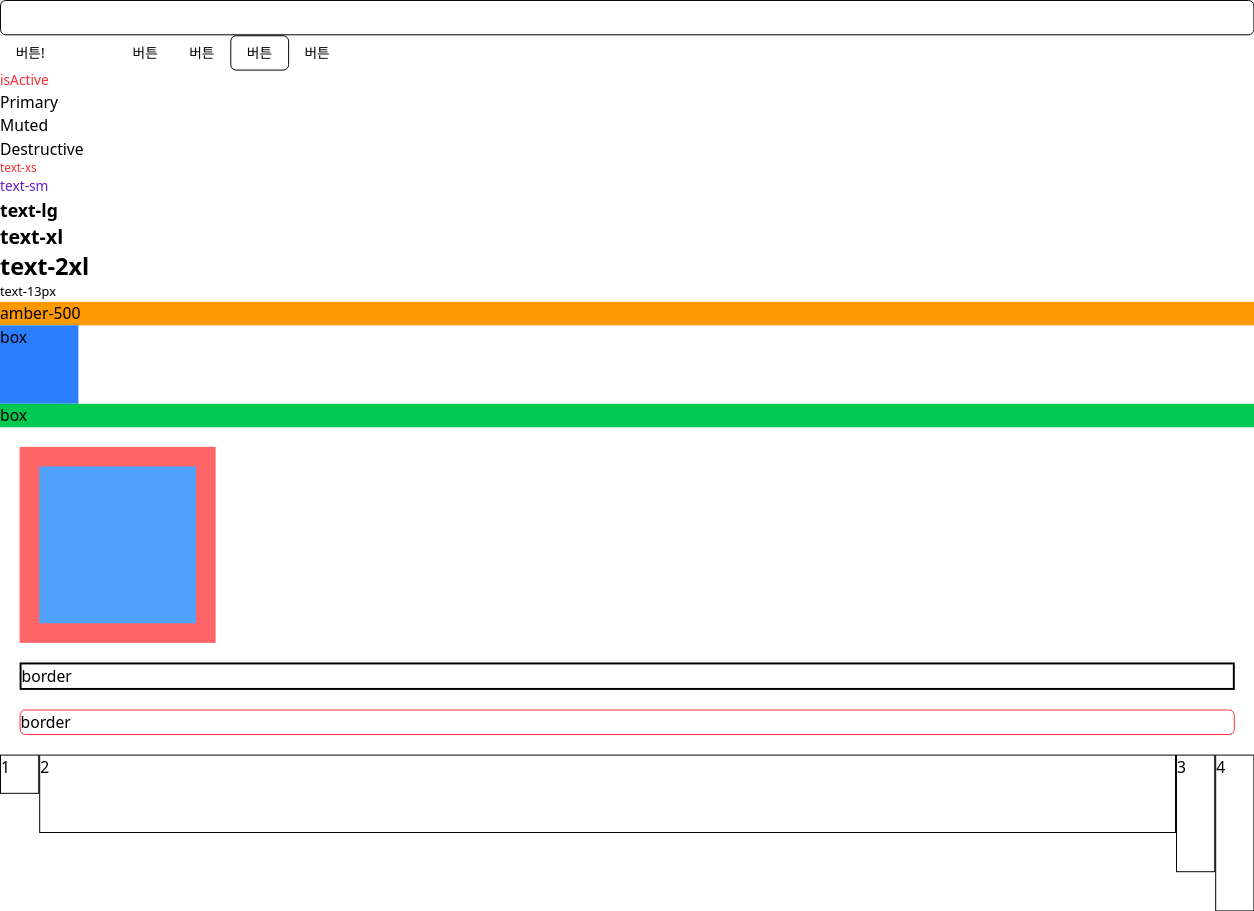
Repository: kkhhjjoo/onebite-tailwind
Page: /
An editor plug-in stored every save of this project. The page is shown before and after the next save, followed by the edit.
The browser window is 1280 px wide. The pictures show the whole page, at 98% of full size.
The project was rebuilt for these pictures with package versions that can differ from the ones it lists, and the page was loaded fresh each time. Also part of the build but not shown: vite.config.ts, src/App.css.

Above is the page before, as saved 2025-12-25 08:49:26.

### src/main.tsx
import { createRoot } from 'react-dom/client'
import './index.css'
import App from './App.tsx'

createRoot(document.getElementById('root')!).render(<App />);

### src/App.tsx
import "./App.css";
import { Button } from "@/components/ui/button";
import { Input } from "@/components/ui/input";
import { cn } from "@/lib/utils";

function App() {
  const isActive = false;
  return (
    <div>
      <Input />

      <Button>버튼!</Button>
      <Button variant={"destructive"}>버튼</Button>
      <Button variant={"ghost"}>버튼</Button>
      <Button variant={"link"}>버튼</Button>
      <Button variant={"outline"}>버튼</Button>
      <Button variant={"secondary"}>버튼</Button>

      <div
        className={cn(
          "w-10 text-sm",
          isActive ? "text-green-500" : "text-red-500",
        )}
      >
        isActive
      </div>

      <div className="text-primary">Primary</div>
      <div className="text-muted">Muted</div>
      <div className="text-destructive">Destructive</div>
      {/* 1. 타이포그래프 */}
      <div className="text-xs text-red-500">text-xs</div>
      <div className="text-sm text-[rgb(100,30,200)]">text-sm</div>
      <div className="text-lg font-bold">text-lg</div>
      <div className="text-xl font-extrabold">text-xl</div>
      <div className="text-2xl font-black">text-2xl</div>
      <div className="text-[13px]">text-13px</div>

      {/* 2. 백그라운드 컬러 */}
      <div className="bg-amber-500">amber-500</div>

      {/* 3. 사이즈 */}
      <div className="h-20 w-20 bg-blue-500">box</div>
      <div className="w-full bg-green-500">box</div>

      {/* 4. 여백 */}
      {/* <div className="h-50 w-50 bg-red-400 pt-5 pr-5 pb-5 pl-5"> */}
      <div className="m-5 h-50 w-50 bg-red-400 px-5 py-5">
        <div className="h-full w-full bg-blue-400"></div>
      </div>

      {/* 5. 보더 */}
      <div className="m-5 border-x-2 border-y-2">border</div>
      <div className="m-5 rounded-md border-t border-r border-b border-l border-red-500">
        border
      </div>

      {/* 6. 플렉스 컨테이너 */}
      <div className="flex flex-row items-start justify-evenly">
        <div className="h-10 w-10 border">1</div>
        <div className="h-20 w-10 flex-1 border">2</div>
        <div className="h-30 w-10 border">3</div>
        <div className="h-40 w-10 border">4</div>
      </div>
    </div>
  );
}

export default App;

### src/components/ui/button.tsx
import * as React from "react"
import { Slot } from "@radix-ui/react-slot"
import { cva, type VariantProps } from "class-variance-authority"

import { cn } from "@/lib/utils"

const buttonVariants = cva(
  "inline-flex items-center justify-center gap-2 whitespace-nowrap rounded-md text-sm font-medium transition-all disabled:pointer-events-none disabled:opacity-50 [&_svg]:pointer-events-none [&_svg:not([class*='size-'])]:size-4 shrink-0 [&_svg]:shrink-0 outline-none focus-visible:border-ring focus-visible:ring-ring/50 focus-visible:ring-[3px] aria-invalid:ring-destructive/20 dark:aria-invalid:ring-destructive/40 aria-invalid:border-destructive",
  {
    variants: {
      variant: {
        default: "bg-primary text-primary-foreground hover:bg-primary/90",
        destructive:
          "bg-destructive text-white hover:bg-destructive/90 focus-visible:ring-destructive/20 dark:focus-visible:ring-destructive/40 dark:bg-destructive/60",
        outline:
          "border bg-background shadow-xs hover:bg-accent hover:text-accent-foreground dark:bg-input/30 dark:border-input dark:hover:bg-input/50",
        secondary:
          "bg-secondary text-secondary-foreground hover:bg-secondary/80",
        ghost:
          "hover:bg-accent hover:text-accent-foreground dark:hover:bg-accent/50",
        link: "text-primary underline-offset-4 hover:underline",
      },
      size: {
        default: "h-9 px-4 py-2 has-[>svg]:px-3",
        sm: "h-8 rounded-md gap-1.5 px-3 has-[>svg]:px-2.5",
        lg: "h-10 rounded-md px-6 has-[>svg]:px-4",
        icon: "size-9",
        "icon-sm": "size-8",
        "icon-lg": "size-10",
      },
    },
    defaultVariants: {
      variant: "default",
      size: "default",
    },
  }
)

function Button({
  className,
  variant = "default",
  size = "default",
  asChild = false,
  ...props
}: React.ComponentProps<"button"> &
  VariantProps<typeof buttonVariants> & {
    asChild?: boolean
  }) {
  const Comp = asChild ? Slot : "button"

  return (
    <Comp
      data-slot="button"
      data-variant={variant}
      data-size={size}
      className={cn(buttonVariants({ variant, size, className }))}
      {...props}
    />
  )
}

export { Button, buttonVariants }

### src/components/ui/input.tsx
import * as React from "react"

import { cn } from "@/lib/utils"

function Input({ className, type, ...props }: React.ComponentProps<"input">) {
  return (
    <input
      type={type}
      data-slot="input"
      className={cn(
        "file:text-foreground placeholder:text-muted-foreground selection:bg-primary selection:text-primary-foreground dark:bg-input/30 border-input h-9 w-full min-w-0 rounded-md border bg-transparent px-3 py-1 text-base shadow-xs transition-[color,box-shadow] outline-none file:inline-flex file:h-7 file:border-0 file:bg-transparent file:text-sm file:font-medium disabled:pointer-events-none disabled:cursor-not-allowed disabled:opacity-50 md:text-sm",
        "focus-visible:border-ring focus-visible:ring-ring/50 focus-visible:ring-[3px]",
        "aria-invalid:ring-destructive/20 dark:aria-invalid:ring-destructive/40 aria-invalid:border-destructive",
        className
      )}
      {...props}
    />
  )
}

export { Input }

Loaded but not shown: index.html (common file); src/index.css (common file); src/lib/utils.ts (common file)

After the next save:
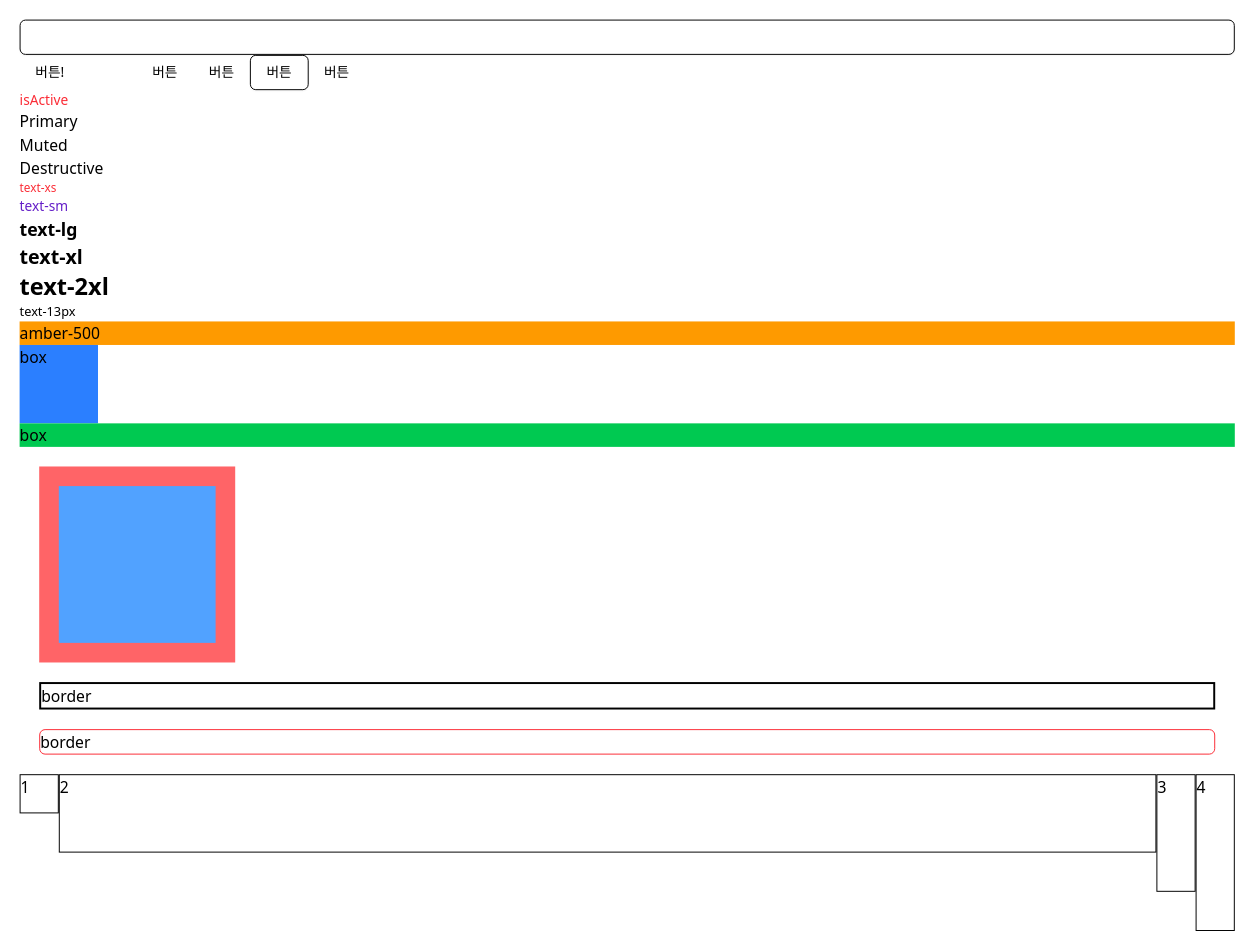
Saved 33 s later.
--- a/src/App.tsx
+++ b/src/App.tsx
@@ -6,7 +6,7 @@ import { cn } from "@/lib/utils";
 function App() {
   const isActive = false;
   return (
-    <div>
+    <div className="p-5">
       <Input />
 
       <Button>버튼!</Button>
